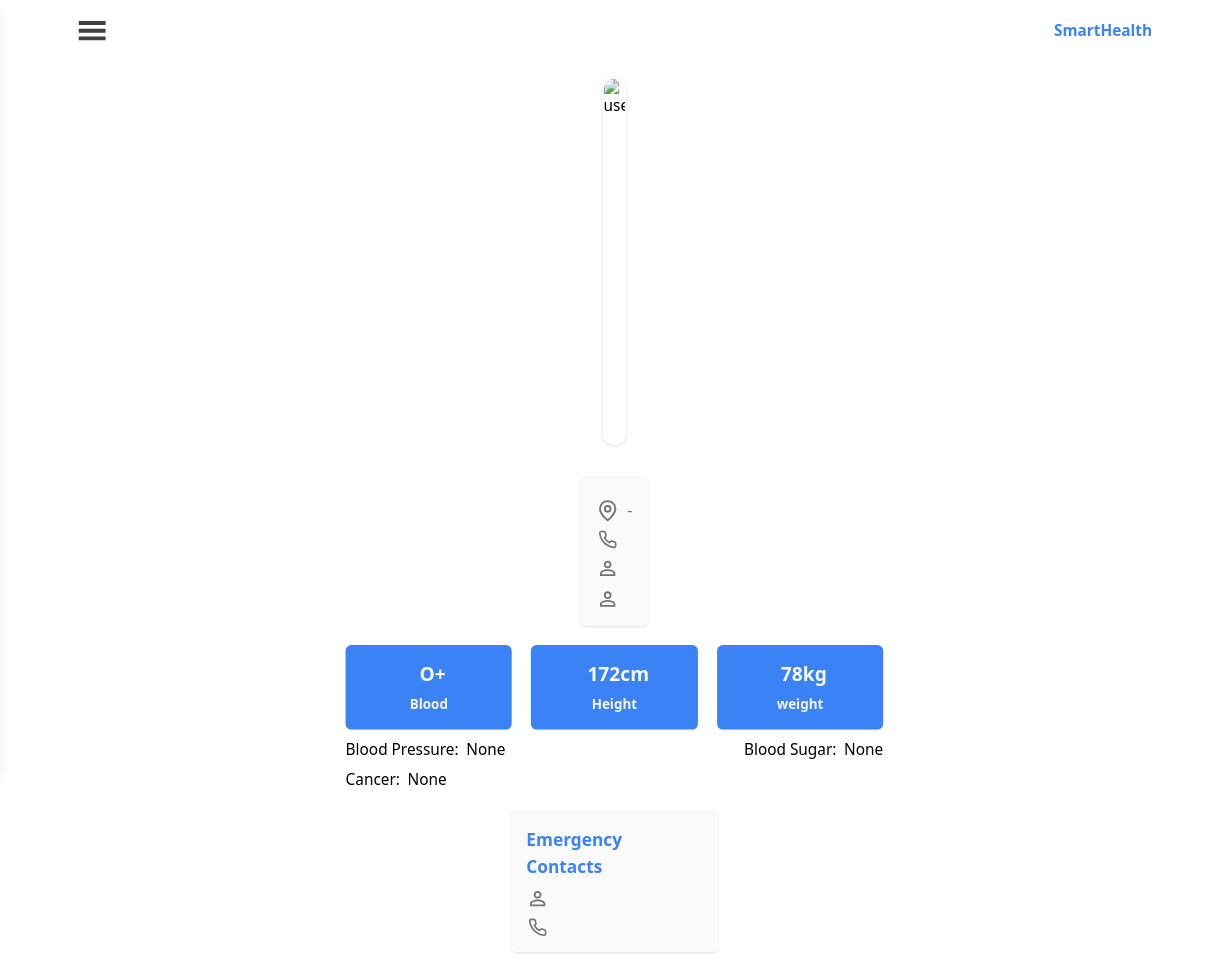
Repository: Sanaa00/HI-user
Page: /home
An editor plug-in stored every save of this project. The page is shown before and after the next save, followed by the edit.
The browser window is 1280 px wide. The pictures show the whole page, at 96% of full size.
The page's requests for data from a server got no answer. The project was rebuilt for these pictures with package versions that can differ from the ones it lists, and the page was loaded fresh each time. No one was signed in, and anything a server would have sent is missing. Also part of the build but not shown: vite.config.js, src/App.css, src/Components/Pagination.jsx, src/Pages/Prescription.jsx, src/Components/modalComponent.jsx, src/Pages/Laboratory.jsx, src/Pages/Radiographic.jsx, src/Components/InputField.jsx and 2 more.

Above is the page before, as saved 2024-01-12 21:47:35.

### src/main.jsx
import React from 'react';
import ReactDOM from 'react-dom/client';
import App from './App.jsx';
import './index.css';
import Modal from 'react-modal';
import { BrowserRouter } from 'react-router-dom';
Modal.setAppElement('#root');
ReactDOM.createRoot(document.getElementById('root')).render(
  <React.StrictMode>
    <BrowserRouter>
      {/* <Provider store={store}> */}
      <App />
      {/* </Provider>{' '} */}
    </BrowserRouter>
  </React.StrictMode>,
);

### src/App.jsx
import { Route, Routes } from 'react-router-dom';
import './App.css';
import Home from './Pages/Home';
// import Test from './Pages/Test';
import Navbar from './Components/Navbar';
import Prescription from './Pages/Prescription';
import Laboratory from './Pages/Laboratory';
import Radiographic from './Pages/Radiographic';
import ModalComponent from './Components/modalComponent';
import Login from './Pages/Login';
import SignUp from './Pages/SignUp';

function App() {
  return (
    <>
      <Navbar />
      <Routes>
        <Route path="/home" element={<Home />} />
        <Route path="/laboratory" element={<Laboratory />}>
          <Route path=":id" element={<ModalComponent />} />
        </Route>
        <Route path="/Radiographic" element={<Radiographic />} />
        <Route path="/Prescription" element={<Prescription />} />
        <Route path="/" element={<Login />} />
        <Route path="/signup" element={<SignUp />} />
        {/* <Route path="products" element={<Products />} />
          <Route path="setting" element={<Setting />} />
          <Route path="hide" element={<HideProducts />} /> */}
        {/* </Route> */}
      </Routes>
    </>
  );
}

export default App;

### src/Pages/Home.jsx
import { useEffect, useState } from 'react';
import { supabase } from '../supabaseClient';
import { FaLocationDot, FaPhone } from 'react-icons/fa6';
import { LuPhone } from 'react-icons/lu';
import { MdPermIdentity } from 'react-icons/md';
import { CiPhone } from 'react-icons/ci';
import { GrLocation } from 'react-icons/gr';
function Home() {
  const [data, setData] = useState([]);

  useEffect(() => {
    const fetchData = async () => {
      const { data, error } = await supabase
        .from('personInformation')
        .select('*')
        .eq('id', 34567890)
        .single();
      console.log('first', data);
      if (error) console.log('Error', error);
      else setData(data);
    };

    fetchData();
  }, []);
  return (
    <div className="mt-16 min-h-screen p-4 sm:px-10 md:px-20  flex flex-col lg:items-center">
      <div className="flex justify-center items-center">
        {console.log(data)}{' '}
        <img
          className="object-cover rounded-full w-72 border-2 border-neutral-50 shadow h-72 lg:w-1/2 lg:h-96 "
          src={data.userImage}
          alt="user"
        />
      </div>
      {/* <div className="mt-5 text-center font-bold text-lg lg:w-1/2">
        Personal Information
      </div> */}
      <div className="mt-3 lg:w-1/2 flex justify-center items-center">
        {/* <span>Name:</span> */}
        <span className="ml-2 font-semibold">{data.fullName}</span>
      </div>{' '}
      {/* <div className="mt-2 flex justify-between items-center lg:w-1/2"> */}
      {/* <span>
          {' '}
          <span>DOB:</span>
          <span className="ml-2">{data.dateOfBirth}</span>
        </span>{' '}
        <span>
          {' '}
          <span>Gender:</span>
          <span className="ml-2">{data.gender}</span>
        </span> */}
      {/* </div>{' '} */}
      <div className="mt-5  bg-neutral-50 text-neutral-500 rounded-md p-4 shadow ">
        {' '}
        <div className="mt-2 flex justify-between items-center lg:w-1/2">
          <span className="flex items-center flex-row">
            {' '}
            <span>
              <GrLocation className="w-6 h-6" />
            </span>
            <span className="ml-2">
              {data.city}-{data.address}
            </span>
          </span>
        </div>
        {/* ****************** */}
        <div className="mt-2 flex justify-between items-center lg:w-1/2">
          <span className="flex items-center">
            {' '}
            <span>
              <LuPhone className="w-6 h-5" />
            </span>
            <span className="ml-2">{data.contactNumber}</span>
          </span>{' '}
        </div>{' '}
        <div className="mt-2 flex justify-between items-center lg:w-1/2">
          <span className="flex items-center">
            {' '}
            <span>
              <MdPermIdentity className="w-6 h-6" />
            </span>
            <span className="ml-2">{data.id}</span>
          </span>{' '}
        </div>{' '}
        <div className="mt-2 flex justify-between items-center lg:w-1/2">
          <span className="flex items-center">
            {' '}
            <span>
              <MdPermIdentity className="w-6 h-6" />
            </span>
            <span className="ml-2">{data.dateOfBirth}</span>
          </span>{' '}
        </div>
      </div>
      {/* **********vital information*********** */}
      <div className="mt-5 text-neutral-50 grid grid-cols-3 gap-5 justify-between items-center  text-lg lg:w-1/2">
        {' '}
        {/* <div className="mt-2 flex justify-between items-center lg:w-1/2"> */}
        <div className="w-full flex flex-col items-center justify-center bg-blue-500 p-4 rounded-md shadow-sm ">
          {' '}
          <div className="ml-2 text-xl font-bold">O+</div>
          <div className="text-sm font-semibold text-neutral-100 mt-2">
            Blood
          </div>
        </div>{' '}
        {/* </div>{' '} */}
        {/* <div className="mt-2 flex justify-between items-center lg:w-1/2"> */}
        <div className="flex w-full flex-col justify-center items-center bg-blue-500 p-4 rounded-md shadow-sm">
          {' '}
          <div className="text-center ml-2 text-xl font-bold">172cm</div>{' '}
          <div className="text-center text-sm font-semibold text-neutral-100 mt-2">
            Height
          </div>
        </div>{' '}
        <div className="flex flex-col justify-center items-center bg-blue-500 p-4 rounded-md shadow-sm w-full">
          {' '}
          <div className="ml-2 text-xl font-bold">78kg</div>
          <div className="text-sm font-semibold text-neutral-100 mt-2">
            weight
          </div>
        </div>{' '}
      </div>{' '}
      {/* </div> */}
      {/* <div className="mt-2 flex justify-between items-center lg:w-1/2">
        <span>
          {' '}
          <span>Blood Type:</span>
          <span className="ml-2">O+</span>
        </span>{' '}
      </div>{' '}
      <div className="mt-2 flex justify-between items-center lg:w-1/2">
        <span>
          {' '}
          <span>Height:</span>
          <span className="ml-2">172 cm</span>
        </span>{' '}
        <span>
          {' '}
          <span>weight:</span>
          <span className="ml-2">78 kg</span>
        </span>{' '}
      </div>{' '} */}
      <div className="mt-2 flex justify-between items-center lg:w-1/2">
        <span>
          {' '}
          <span>Blood Pressure:</span>
          <span className="ml-2">None</span>
        </span>{' '}
        <span>
          {' '}
          <span>Blood Sugar:</span>
          <span className="ml-2">None</span>
        </span>{' '}
      </div>{' '}
      <div className="mt-2 flex justify-between items-center lg:w-1/2">
        <span>
          {' '}
          <span>Cancer:</span>
          <span className="ml-2">None</span>
        </span>{' '}
      </div>{' '}
      {/* ***************Emergency Contacts********** */}
      <div className="mt-5  bg-neutral-50 text-neutral-500 rounded-md p-4 shadow ">
        {' '}
        <div className=" font-bold text-blue-500 text-lg lg:w-1/2">
          Emergency Contacts
        </div>
        <div className="mt-2 flex items-center lg:w-1/2">
          {/* <span> */} {/* <span> */} <MdPermIdentity className="w-6 h-6" />
          {/* </span> */}
          <span className="ml-2">{data.emergencyContactName}</span>
          {/* </span>{' '} */}
        </div>{' '}
        {/* <div className="mt-2 flex justify-between items-center lg:w-1/2">
          <span>
            {' '}
            <span>Relationship to the patient:</span>
            <span className="ml-2">Boy</span>
          </span>{' '}
        </div>{' '} */}
        <div className="mt-2  flex justify-between items-center lg:w-1/2">
          <span className="flex items-center">
            {' '}
            <span>
              {' '}
              <LuPhone className="w-6 h-5" />
            </span>
            <span className="ml-2">{data.emergencyContactNumber}</span>
          </span>{' '}
        </div>
      </div>
      {/* <div className="mt-5 font-bold text-blue-500 text-lg lg:w-1/2">
        Emergency Contacts
      </div>
      <div className="mt-2 flex justify-between items-center lg:w-1/2">
        <span>
          {' '}
          <span>Name:</span>
          <span className="ml-2">{data.emergencyContactName}</span>
        </span>{' '}
      </div>{' '}
      <div className="mt-2 flex justify-between items-center lg:w-1/2">
        <span>
          {' '}
          <span>Relationship to the patient:</span>
          <span className="ml-2">Boy</span>
        </span>{' '}
      </div>{' '}
      <div className="mt-2 mb-5 flex justify-between items-center lg:w-1/2">
        <span>
          {' '}
          <span>Contact Number:</span>
          <span className="ml-2">{data.emergencyContactNumber}</span>
        </span>{' '}
      </div> */}
    </div>
  );
}

export default Home;

### src/Components/Navbar.jsx
import { useState } from 'react';
import { Link, NavLink } from 'react-router-dom';
import { GiHamburgerMenu } from 'react-icons/gi';
import { IoCloseSharp } from 'react-icons/io5';
function Navbar() {
  const [open, setOpen] = useState(false);
  return (
    <div className="flex text-neutral-700 top-0 z-50 fixed px-4 sm:px-10 md:px-20 justify-between items-center bg-white h-16 w-full">
      <div
        className={` flex justify-between hover:bg-opacity-80 duration-500 hover:duration-500 items-center w-full h-full text-lg font-bold`}
      >
        <button onClick={() => setOpen(!open)} className="">
          <GiHamburgerMenu className="w-8 h-8" />
        </button>{' '}
        <div
          className={` bg-white rounded-sm  flex flex-col fixed w-4/5 lg:w-96 top-0 z-40 left-0 shadow-lg transform duration-500 ease-in-out ${
            open ? 'translate-x-0' : '-translate-x-full'
          }`}
        >
          <button
            onClick={() => setOpen(!open)}
            className="mt-3 mb-2 left-0 px-3 flex h-16"
          >
            <IoCloseSharp className="w-9 h-9" />
          </button>

          <div className="w-full h-screen flex flex-col text-orange p-4">
            <Link to="/home" onClick={() => setOpen(!open)} className="pb-3">
              Person Information
            </Link>
            <Link
              to="/Radiographic"
              onClick={() => setOpen(!open)}
              className="py-3"
            >
              Radiographic examination
            </Link>
            <Link
              to="/laboratory"
              onClick={() => setOpen(!open)}
              className="py-3"
            >
              Laboratory examination
            </Link>
            <Link
              to="/Prescription"
              onClick={() => setOpen(!open)}
              className="py-3"
            >
              Prescription
            </Link>
          </div>
        </div>
      </div>
      <NavLink to="/home" className="ml-2 font-bold text-blue-500">
        SmartHealth
      </NavLink>
    </div>
  );
}

export default Navbar;

### src/supabaseClient.js
import { createClient } from '@supabase/supabase-js';

const supabaseUrl =
    import.meta.env.VITE_REACT_APP_SUPABASE_URL;
const supabaseAnonKey =
    import.meta.env.VITE_REACT_APP_SUPABASE_ANON_KEY;

export const supabase = createClient(supabaseUrl, supabaseAnonKey);

Loaded but not shown: index.html (common file); src/index.css (common file); tailwind.config.js (common file)

After the next save:
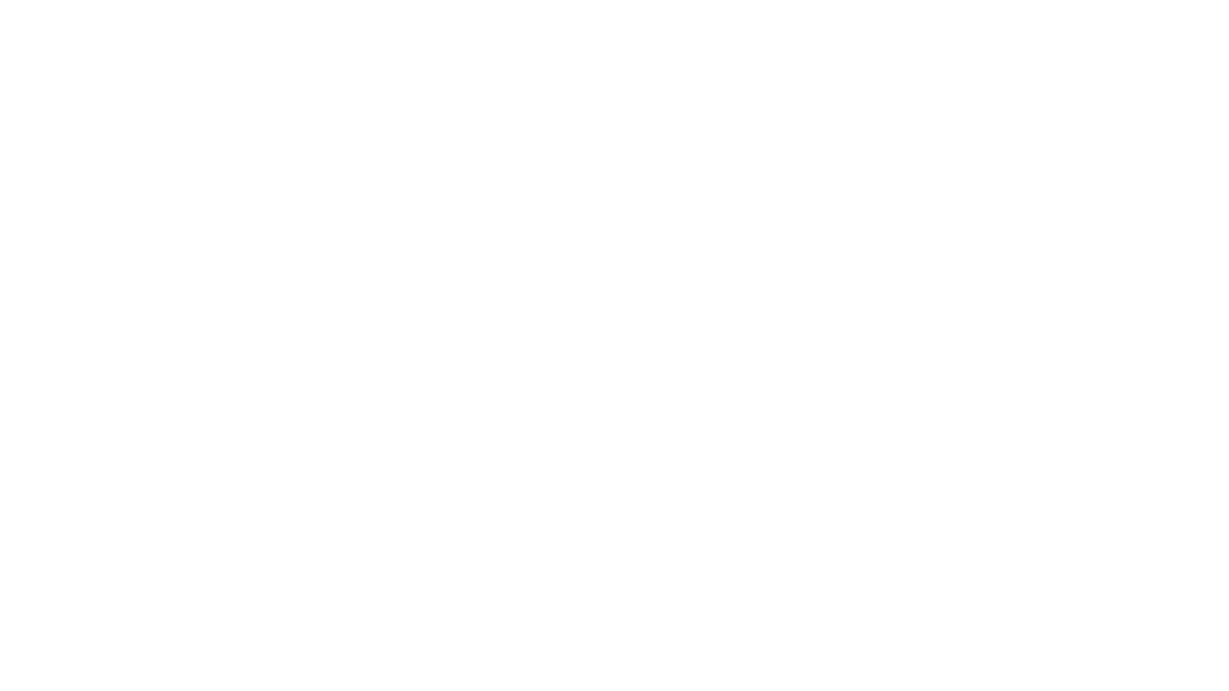
Console error: ReferenceError: BsCalendarDate is not defined
Saved 19 s later.
--- a/src/Pages/Home.jsx
+++ b/src/Pages/Home.jsx
@@ -87,7 +87,7 @@ function Home() {
           <span className="flex items-center">
             {' '}
             <span>
-              <MdPermIdentity className="w-6 h-6" />
+              <BsCalendarDate className="w-6 h-6" />
             </span>
             <span className="ml-2">{data.dateOfBirth}</span>
           </span>{' '}

After the 2 saves that followed:
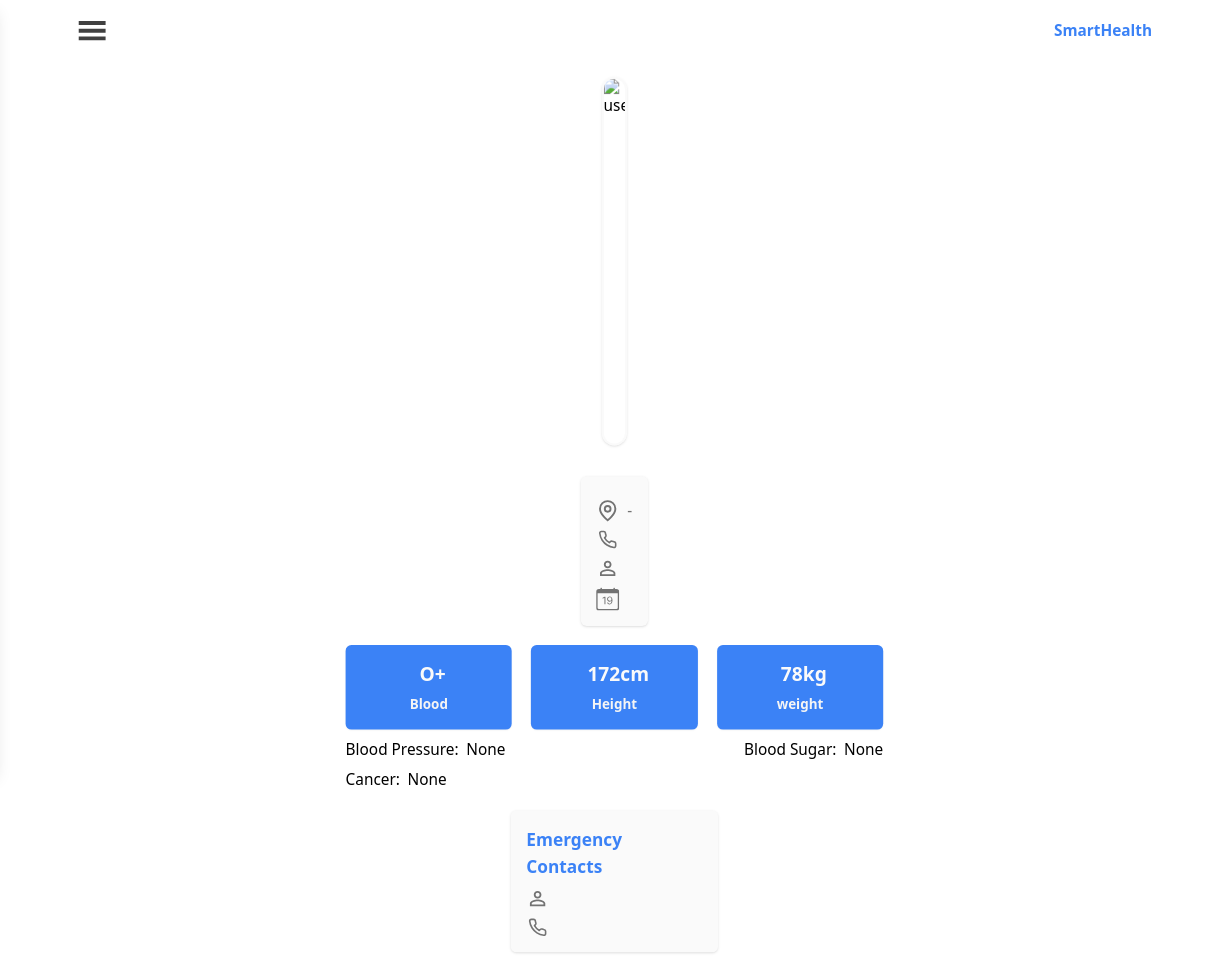
The error is gone.
The 2 saves are shown as one change because 1 left the picture as it was.
The last was saved 18 s later.
--- a/src/Pages/Home.jsx
+++ b/src/Pages/Home.jsx
@@ -5,6 +5,8 @@ import { LuPhone } from 'react-icons/lu';
 import { MdPermIdentity } from 'react-icons/md';
 import { CiPhone } from 'react-icons/ci';
 import { GrLocation } from 'react-icons/gr';
+import { BsCalendarDate } from 'react-icons/bs';
+
 function Home() {
   const [data, setData] = useState([]);
 
